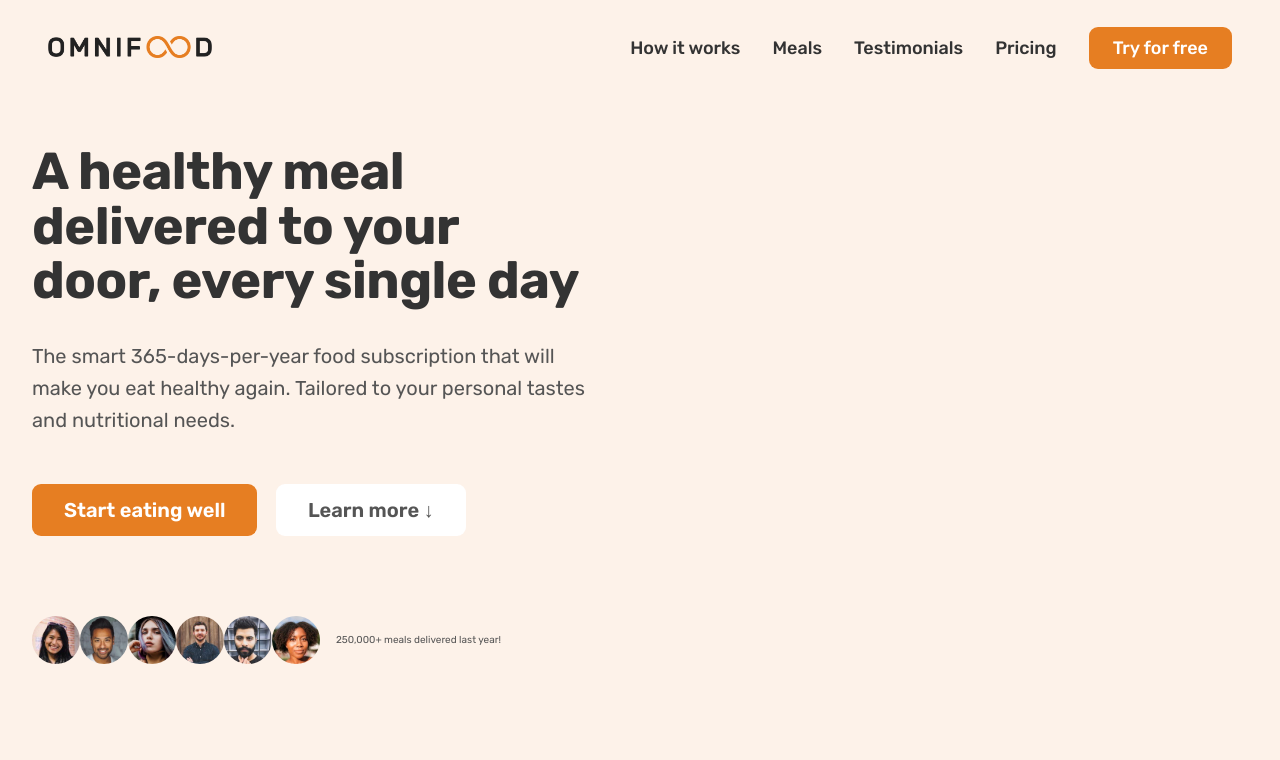
Repository: nghiakma/HTML-CSS-Fundamental
Page: Ominifood/index.html
The author's editor kept a copy of each file at every save. The page is drawn from the files as they stood at one save, then again after the next save.
The browser window is 1280 px wide. The pictures show the whole page.
Some web libraries are served in a nearby version.

Above is the page before, as saved 2023-08-28 00:41:03.

After the next save:
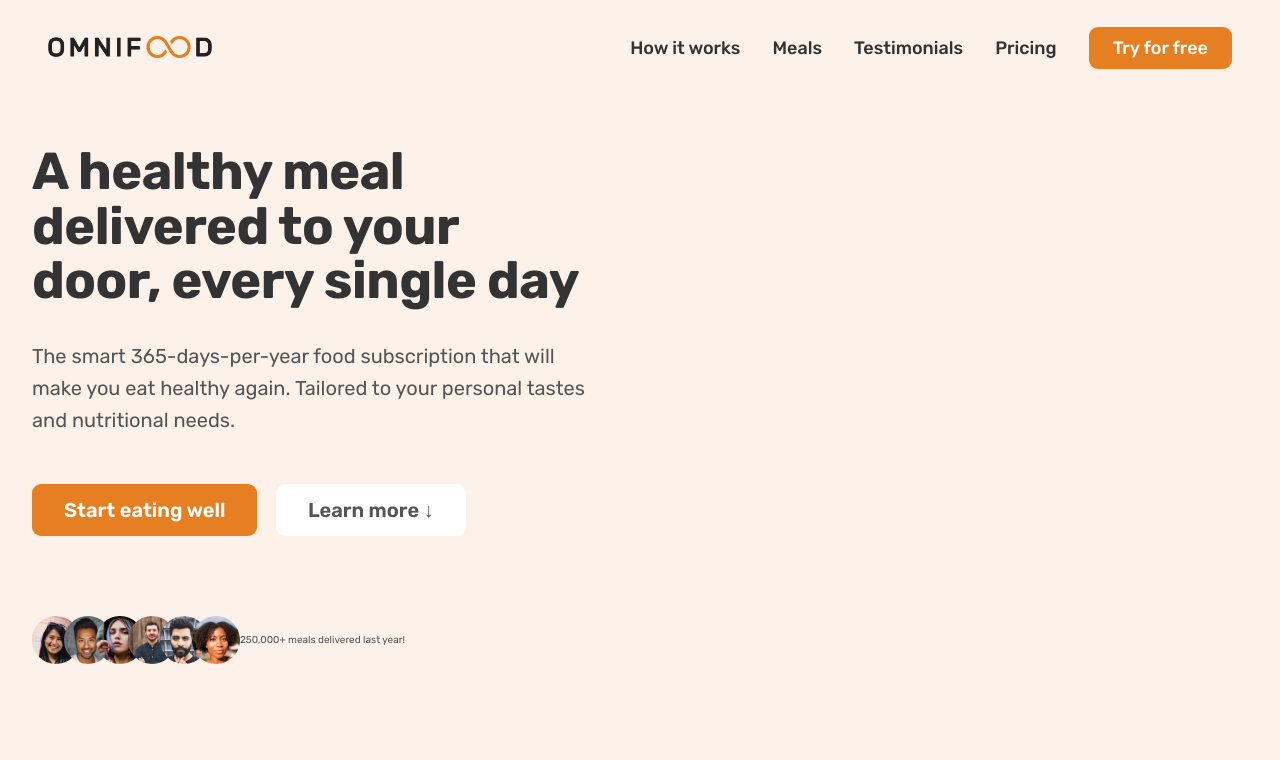
Saved 18 s later.
--- a/Ominifood/style.css
+++ b/Ominifood/style.css
@@ -219,4 +219,5 @@ body {
   height: 4.8rem;
   width: 4.8rem;
   border-radius: 50%;
-}
+  margin-right: -1.6rem;
+}
